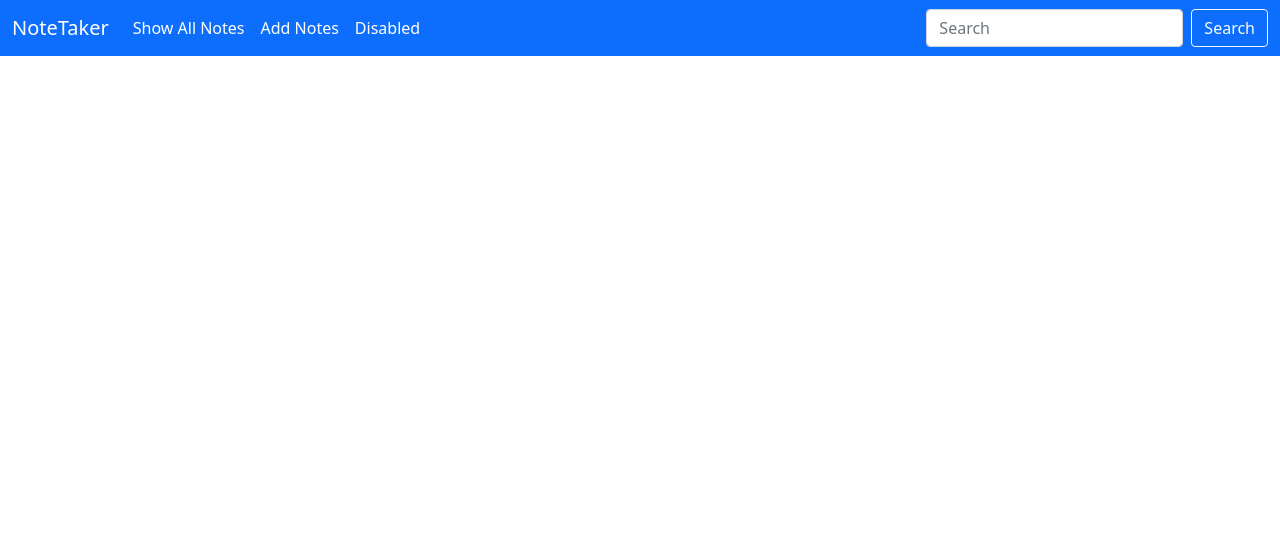
Repository: Shubham-Kumar-cmd/Hibernate
Page: http://localhost/NoteTakerApp/
An editor plug-in stored every save of this project. The page is shown before and after the next save, followed by the edit.
The browser window is 1280 px wide. The pictures show the whole page.
The page is served by Tomcat 9. Other server files are loaded and not shown.

Above is the page before, as saved 2023-02-08 08:25:17.

### NoteTakerApp/src/main/webapp/index.jsp
<%@ page language="java" contentType="text/html; charset=ISO-8859-1"
	pageEncoding="ISO-8859-1"%>
<!DOCTYPE html>
<html>
<head>
<meta charset="ISO-8859-1">
<link
	href="https://cdn.jsdelivr.net/npm/bootstrap@5.0.2/dist/css/bootstrap.min.css"
	rel="stylesheet"
	integrity="sha384-EVSTQN3/azprG1Anm3QDgpJLIm9Nao0Yz1ztcQTwFspd3yD65VohhpuuCOmLASjC"
	crossorigin="anonymous">
<title>Header</title>
</head>
<body>
<%@include file="header.jsp" %>
</body>
</html>

### NoteTakerApp/src/main/webapp/header.jsp
<%@ page language="java" contentType="text/html; charset=ISO-8859-1"
	pageEncoding="ISO-8859-1"%>
<!DOCTYPE html>
<html>
<head>
<meta charset="ISO-8859-1">
<link
	href="https://cdn.jsdelivr.net/npm/bootstrap@5.0.2/dist/css/bootstrap.min.css"
	rel="stylesheet"
	integrity="sha384-EVSTQN3/azprG1Anm3QDgpJLIm9Nao0Yz1ztcQTwFspd3yD65VohhpuuCOmLASjC"
	crossorigin="anonymous">
<title>Header</title>
</head>
<body>
	<nav class="navbar navbar-expand-lg navbar-primary bg-primary fixed-top">
		<div class="container-fluid">
			<a class="navbar-brand text-white" href="addNotes.jsp">NoteTaker</a>

			<div class="collapse navbar-collapse" id="navbarSupportedContent">
				<ul class="navbar-nav me-auto mb-2 mb-lg-0">
					<li class="nav-item"><a class="nav-link active text-white"
						aria-current="page" href="showAllNotes.jsp">Show All Notes</a></li>
					<li class="nav-item"><a class="nav-link text-white" href="addNotes.jsp">Add Notes</a></li>

					<li class="nav-item"><a class="nav-link text-white" href="#"
						tabindex="-1" aria-disabled="false">Disabled</a></li>
				</ul>
				<form class="d-flex">
					<input class="form-control me-2" type="search" placeholder="Search"
						aria-label="Search">
					<button class="btn btn-outline-light" type="submit">Search</button>
				</form>
			</div>
		</div>
	</nav>
</body>
</html>

After the next save:
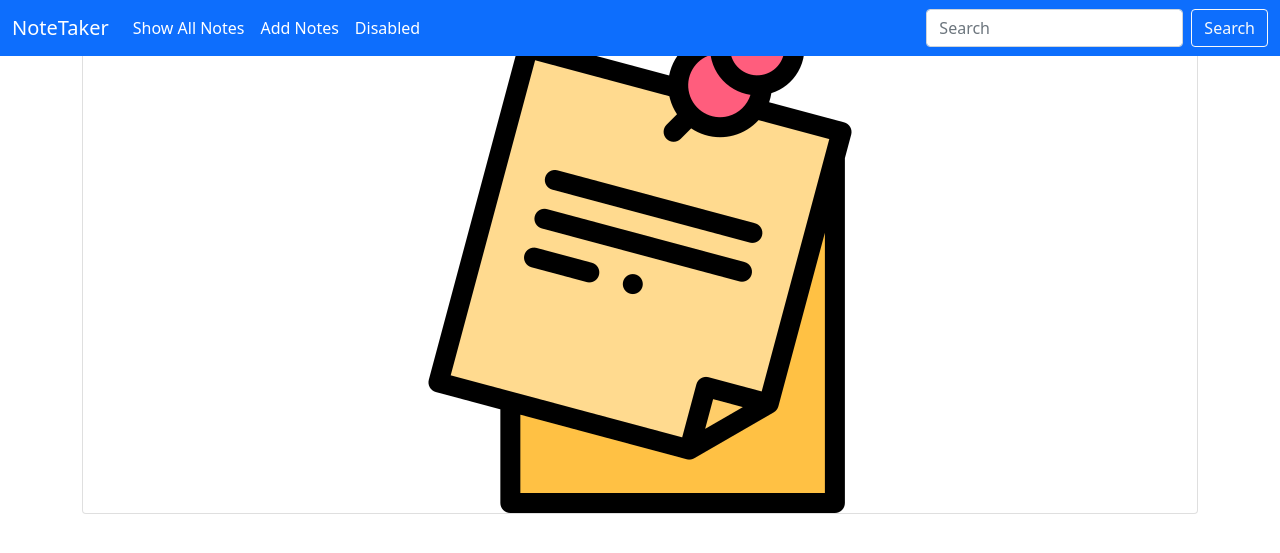
Saved 5 min 11 s later.
--- a/NoteTakerApp/src/main/webapp/index.jsp
+++ b/NoteTakerApp/src/main/webapp/index.jsp
@@ -1,5 +1,6 @@
 <%@ page language="java" contentType="text/html; charset=ISO-8859-1"
 	pageEncoding="ISO-8859-1"%>
+	<%@include file="header.jsp" %>
 <!DOCTYPE html>
 <html>
 <head>
@@ -12,6 +13,12 @@
 <title>Header</title>
 </head>
 <body>
-<%@include file="header.jsp" %>
+
+	<div class="container">
+		<div class="card">
+			<img alt="" src="img/sticky-notes.png" class="img-fluid mx-auto">
+		</div>
+	</div>
+
 </body>
 </html>
